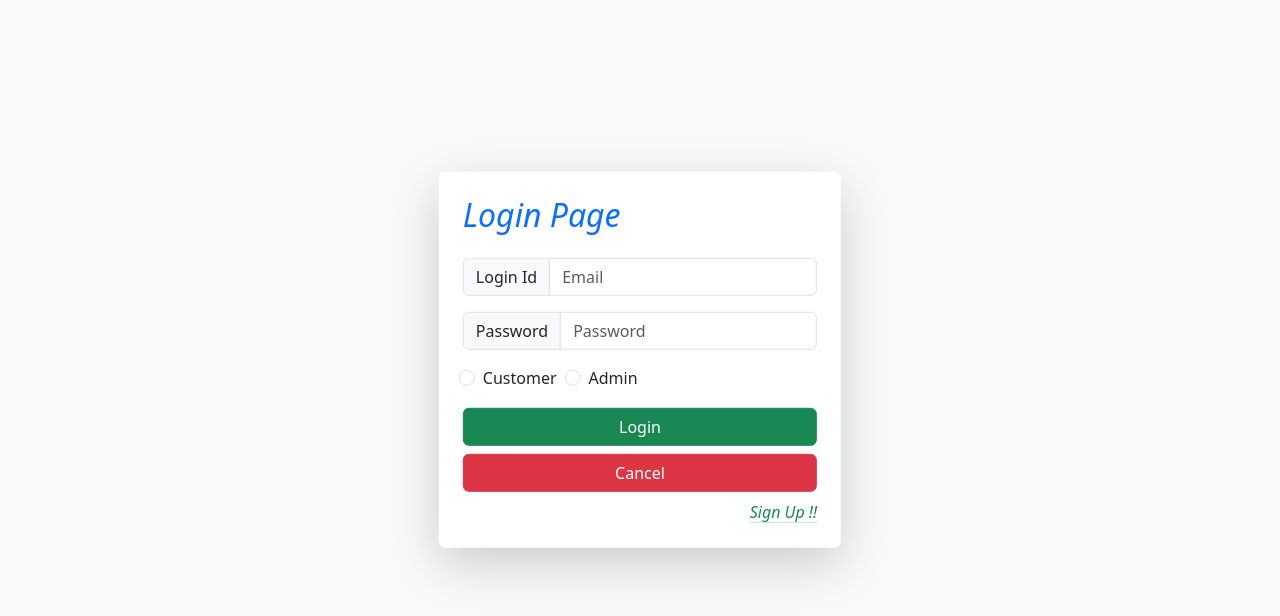
Repository: Niket-mishra/Dummy
Page: http://localhost/Mini-Project/Login.jsp
The author's editor kept a copy of each file at every save. The page is drawn from the files as they stood at one save, then again after the next save.
The browser window is 1280 px wide. The pictures show the whole page.
The page is served by Tomcat 10. Other server files are loaded and not shown.

Above is the page before, as saved 2024-05-07 17:04:16.

### Mini-Project/src/main/webapp/Login.jsp
<%@ page language="java" contentType="text/html; charset=ISO-8859-1"
    pageEncoding="ISO-8859-1"%>
<!DOCTYPE html>
<html>
<head>
<meta charset="ISO-8859-1">
<link href="https://cdn.jsdelivr.net/npm/bootstrap@5.3.3/dist/css/bootstrap.min.css" rel="stylesheet">
<title>Login Page</title>
<script src="https://cdn.jsdelivr.net/npm/bootstrap@5.3.3/dist/js/bootstrap.bundle.min.js"></script>
</head>
<body class = "bg-light">
<div class="position-absolute top-50 start-50 translate-middle  p-4 mb-5 rounded shadow-lg bg-white">
<h2 class ="mb-4 fst-italic text-primary">Login Page</h2>
<form action="LoginController">
<div class="input-group mb-3">
  <span class="input-group-text">Login Id</span>
  <input type="email" aria-label="Email" class="form-control" placeholder="Email" required>
</div>

<div class="input-group mb-3">
  <span class="input-group-text">Password</span>
  <input type="password" aria-label="password" class="form-control" placeholder="Password" required>
</div>
<div class = "row g-2 mb-3">
  <div class="form-check col-auto pe-3">
    <input type="radio" class="form-check-input" id="validationFormCheck2" name="usertype" required>
    <label class="form-check-label" for="validationFormCheck2">Customer</label>
  </div>
  <div class="form-check col-auto ps-3">
    <input type="radio" class="form-check-input" id="validationFormCheck3" name="usertype" required>
    <label class="form-check-label" for="validationFormCheck3">Admin</label>
    <div class="invalid-feedback">Select anyone to Login</div>
  </div>
  </div>

<div class="vstack gap-2 col-md-12 mx-auto">
<input type ="submit" value ="Login" class="btn btn-success">
<input type ="reset" value ="Cancel" class = "btn btn-danger">
<a href="NewCustomer.jsp" class = "fst-italic align-bottom d-flex justify-content-end link-success link-offset-2 link-underline-opacity-25 link-underline-opacity-100-hover">Sign Up !!</a>
</div>

</form>
</div>
</body>
</html>

After the next save:
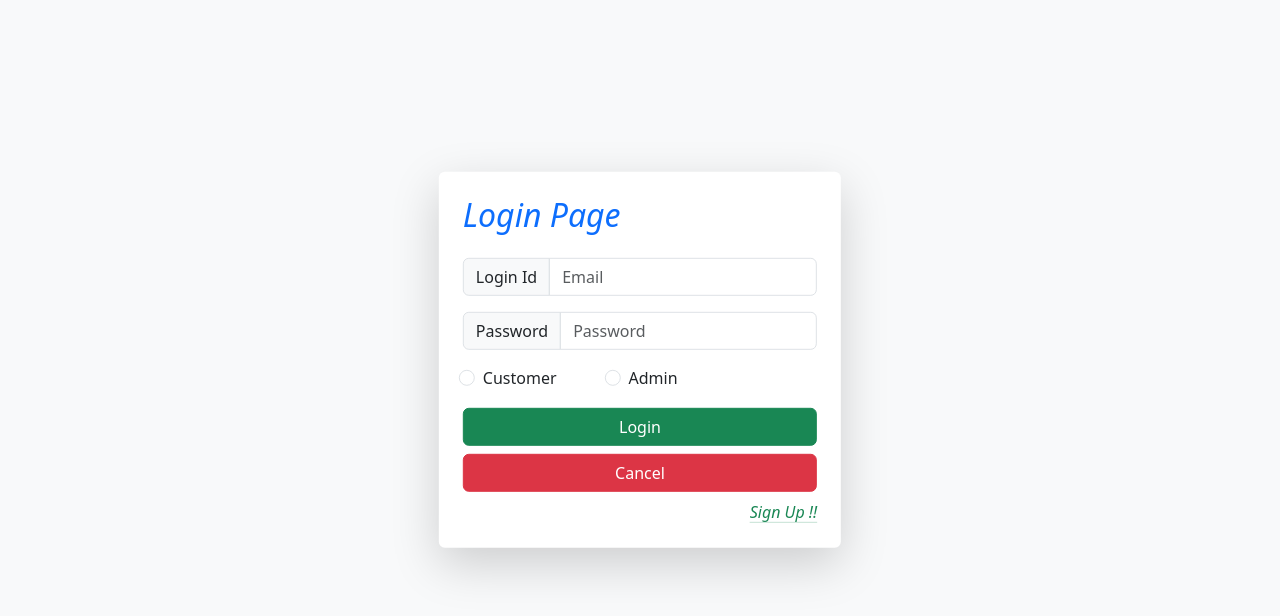
Saved 19 s later.
--- a/Mini-Project/src/main/webapp/Login.jsp
+++ b/Mini-Project/src/main/webapp/Login.jsp
@@ -22,11 +22,11 @@
   <input type="password" aria-label="password" class="form-control" placeholder="Password" required>
 </div>
 <div class = "row g-2 mb-3">
-  <div class="form-check col-auto pe-3">
+  <div class="form-check col-auto pe-5">
     <input type="radio" class="form-check-input" id="validationFormCheck2" name="usertype" required>
     <label class="form-check-label" for="validationFormCheck2">Customer</label>
   </div>
-  <div class="form-check col-auto ps-3">
+  <div class="form-check col-auto ">
     <input type="radio" class="form-check-input" id="validationFormCheck3" name="usertype" required>
     <label class="form-check-label" for="validationFormCheck3">Admin</label>
     <div class="invalid-feedback">Select anyone to Login</div>
